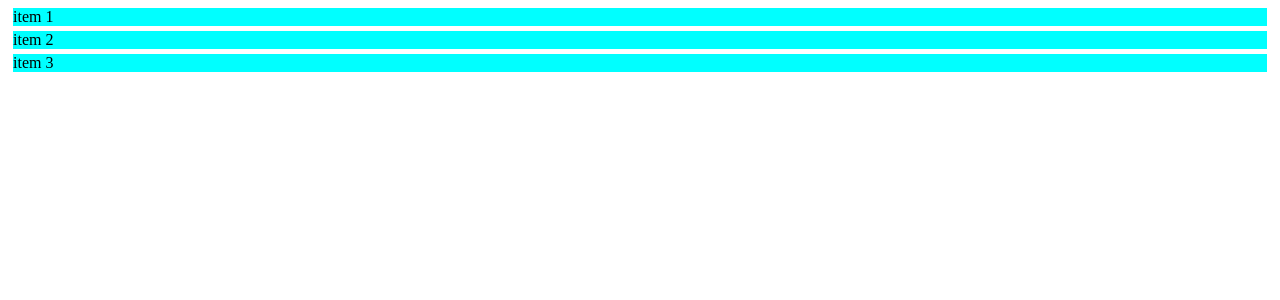
Repository: gabrielbino/projects-dio
Page: flexbox/index.html
An editor plug-in stored every save of this project. The page is shown before and after the next save, followed by the edit.
The browser window is 1280 px wide. The pictures show the whole page.

Above is the page before, as saved 2021-10-18 10:18:01.

After the next save:
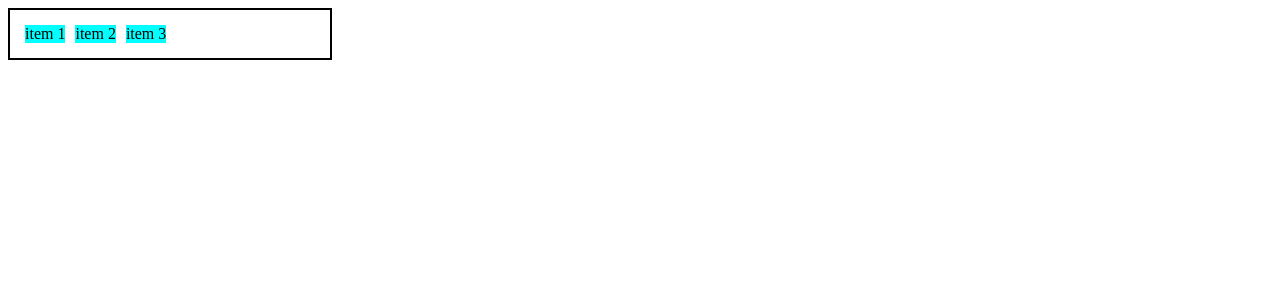
Saved 37 s later.
--- a/flexbox/index.html
+++ b/flexbox/index.html
@@ -7,7 +7,7 @@
     <title>Fundamentos - display flex</title>
   </head>
   <body>
-    <div>
+    <div class="flex">
       <div class="item">item 1</div>
       <div class="item">item 2</div>
       <div class="item">item 3</div>
